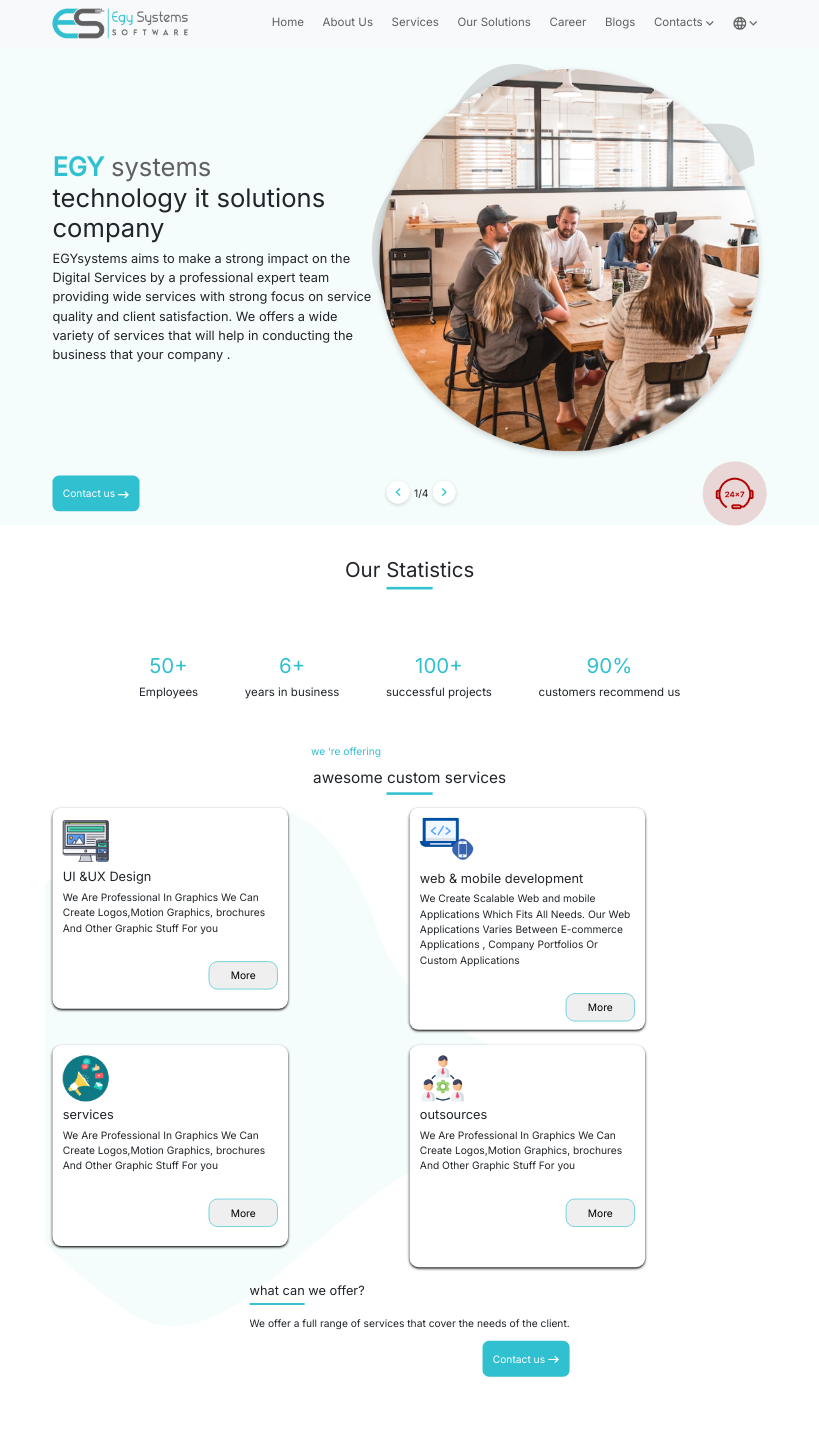
Repository: hamdyAbdelazeim/Egysystem-Home
Page: index.html
The author's editor kept a copy of each file at every save. The page is drawn from the files as they stood at one save, then again after the next save.
The browser window is 1280 px wide. The pictures show the whole page, at 64% of full size.

Above is the page before, as saved 2023-07-13 16:35:13.

### index.html
<!DOCTYPE html>
<html lang="en">
  <head>
    <meta charset="UTF-8" />
    <meta name="viewport" content="width=device-width, initial-scale=1.0" />
    <title>Egy Systems</title>
    <!-- google fonts  -->
    <link rel="preconnect" href="https://fonts.googleapis.com" />
    <link rel="preconnect" href="https://fonts.gstatic.com" crossorigin />
    <link
      href="https://fonts.googleapis.com/css2?family=Inter&display=swap"
      rel="stylesheet"
    />
    <!-- bootstrap -->
    <link rel="stylesheet" href="/css/bootstrap.min.css" />
    <!-- owl css files  -->
    <link rel="stylesheet" href="/css/owl.carousel.min.css" />
    <link rel="stylesheet" href="/css/owl.theme.default.min.css" />
    <!-- css file  -->
    <link rel="stylesheet" href="/css/style.css" />
    <!-- Responsive file  -->
    <link rel="stylesheet" href="/css/responsive.css" />
  </head>
  <body>
    <!-- starting  Navbar  -->
    <nav class="navbar-cust navbar navbar-expand-lg bg-light fixed-top">
      <div class="container">
        <a href="#" class="navbar-brand"
          ><img src="/assets/logo 1.png" class="logo-img" alt="logo "
        /></a>

        <button
          class="navbar-toggler"
          type="button"
          data-bs-toggle="collapse"
          data-bs-target="#navmenu"
          style="border: none; box-shadow: none"
        >
          <span class="navbar-toggler-icon"
            ><img
              width="45"
              style="padding: 0.5rem"
              src="https://upload.wikimedia.org/wikipedia/commons/thumb/b/b2/Hamburger_icon.svg/120px-Hamburger_icon.svg.png"
              alt=""
          /></span>
        </button>

        <div class="collapse navbar-collapse" id="navmenu">
          <ul class="navbar-nav cust-ul">
            <li class="nav-item">
              <a href="#Home" class="nav-link cust-link">Home</a>
            </li>
            <li class="nav-item">
              <a href="#About" class="nav-link cust-link">About Us</a>
            </li>
            <li class="nav-item">
              <a href="#Services" class="nav-link cust-link">Services</a>
            </li>
            <li class="nav-item">
              <a href="#Solutions" class="nav-link cust-link">Our Solutions </a>
            </li>
            <li class="nav-item">
              <a href="#Career" class="nav-link cust-link">Career</a>
            </li>
            <li class="nav-item">
              <a href="#Blogs" class="nav-link cust-link">Blogs</a>
            </li>
            <li class="nav-item">
              <a href="" class="nav-link cust-link"
                >Contacts <img src="/assets/Vector.png" alt="vector"
              /></a>
            </li>
            <li class="nav-item">
              <a href="" class="nav-link language-icon"
                ><img src="/assets/language.png" alt="language" />
                <img src="/assets/Vector.png" alt=""
              /></a>
            </li>
          </ul>
        </div>
      </div>
    </nav>
    <!-- Ending Navbar  -->
    <!-- Home section  -->
    <div class="Home" id="Home">
      <div class="owl-carousel">

      </div>
      <div
        class="container Home-up d-flex justify-content-center align-items-center"
      >
        <div class="Home-left">
          <h1>
            <strong class="Egy">EGY</strong>
            <span class="system">systems</span> <br />technology it solutions<br />
            company
          </h1>
          <p>
            EGYsystems aims to make a strong impact on the Digital Services by a
            professional expert team providing wide services with strong focus
            on service quality and client satisfaction. We offers a wide variety
            of services that will help in conducting the business that your
            company .
          </p>
        </div>
        <div class="Home-img">
          <img src="/assets/Ellipse 34.png" alt="" />
        </div>
      </div>
      <div class="container d-flex justify-content-between align-items-center">
        <button class="contactUs-btn">
          Contact us <img src="/assets/Vector (right).png" alt="" />
        </button>
        <div>
          <div class="d-flex align-items-center">
            <div>
              <img src="/assets/slider-left.png" alt="" />
            </div>
            <span>1/4</span>
            <div>
              <img src="/assets/slider-right.png" alt="" />
            </div>
          </div>
        </div>
        <img src="/assets//chat.png" alt="chat" />
      </div>
    </div>
    <!-- Ending Home  section  -->
    <!-- our statistics Section  -->
    <section class="our-statistics container w-100">
      <div class="statistics-up text-center">
        <h2>Our Statistics</h2>
        <p></p>
      </div>
      <div
        class="statistics-down d-flex align-items-center justify-content-between"
      >
        <div class="text-center">
          <h4>50+</h4>
          <p>Employees</p>
        </div>
        <div class="text-center">
          <h4>6+</h4>
          <p>years in business</p>
        </div>
        <div class="text-center">
          <h4>100+</h4>
          <p>successful projects</p>
        </div>
        <div class="text-center">
          <h4>90%</h4>
          <p>customers recommend us</p>
        </div>
      </div>
    </section>
    <!-- Ending our statistics  -->
    <!--  services   -->

    <!--  Ending services   -->
    <section class="services" id="services">
      <div class="service-up container">
        <p class="p-up">we ‘re offering</p>
        <h4 class="text-center">awesome custom services</h4>
        <p class="border-cust"></p>
      </div>
      <div class="service-down container d-flex align-items-center">
        <div class="service-down-left">
          <div class="service-item">
            <img src="/assets/service-item-1.png" alt="service-item-1" />
            <h5 class="mt-2">UI &UX Design</h5>
            <p>
              We Are Professional In Graphics We Can Create Logos,Motion
              Graphics, brochures And Other Graphic Stuff For you
            </p>
            <button>More</button>
          </div>
          <div class="service-item service-item-cust">
            <img src="/assets/service-item-2.png" alt="service-item-1" />
            <h5 class="mt-2">web & mobile development</h5>
            <p>
              We Create Scalable Web and mobile Applications Which Fits All
              Needs. Our Web Applications Varies Between E-commerce Applications
              , Company Portfolios Or Custom Applications
            </p>
            <button>More</button>
          </div>
          <div class="service-item">
            <img src="/assets/service-item-3.png" alt="service-item-1" />
            <h5 class="mt-2">services</h5>
            <p>
              We Are Professional In Graphics We Can Create Logos,Motion
              Graphics, brochures And Other Graphic Stuff For you
            </p>
            <button>More</button>
          </div>
          <div class="service-item service-item-cust">
            <img src="/assets/service-item-4.png" alt="service-item-1" />
            <h5 class="mt-2">outsources</h5>
            <p>
              We Are Professional In Graphics We Can Create Logos,Motion
              Graphics, brochures And Other Graphic Stuff For you
            </p>
            <button>More</button>
          </div>
        </div>
        <div class="service-down-right">
          <h5>what can we offer?</h5>
          <p class="border-p"></p>
          <p>
            We offer a full range of services that cover the needs of the
            client.
          </p>
          <button class="contactUs-btn float-end">
            Contact us <img src="/assets/Vector (right).png" alt="" />
          </button>
        </div>
      </div>
    </section>

    <!-- jquery cdn  -->
    <script
      src="https://cdnjs.cloudflare.com/ajax/libs/jquery/3.7.0/jquery.min.js"
      integrity="sha512-3gJwYpMe3QewGELv8k/BX9vcqhryRdzRMxVfq6ngyWXwo03GFEzjsUm8Q7RZcHPHksttq7/GFoxjCVUjkjvPdw=="
      crossorigin="anonymous"
      referrerpolicy="no-referrer"
    ></script>
    <!-- owl js file  -->
    <script src="/js/owl.carousel.min.js"></script>
    <!-- bootstrap js file  -->
    <script src="/js/bootstrap.bundle.min.js"></script>
    <script src="/js/project.js"></script>
  </body>
</html>

### css/style.css
/* setting my css roots  */

body {
  font-family: 'Inter', sans-serif;
}

:root {
  --primary: #30c0d0;
  --secondary: #606060;
  --third-party: #131313;
}

/* navbar  */
.cust-ul {
  width: 100%;
  justify-content: space-around;
  margin-left: 100px;
}

.cust-link {
  font-size: 18px;
  font-weight: 500;
  line-height: 22px;
  letter-spacing: 0em;
  text-align: left;
  color: var(--secondary);
  padding-bottom: 0.5rem;
}
.cust-link :hover {
  color: var(--primary) !important;
}
.nav-link:focus,
.nav-link:hover {
  color: var(--primary) !important;
  border-bottom: 2px solid var(--primary) !important;
  font-size: 20px;
}

.cust-link:active {
  color: var(--primary) !important;
  color: var(--primary) !important;
  border-bottom: 2px solid var(--primary) !important;
  font-size: 20px;
}

.language-icon {
  border-bottom: none !important;
  font-size: 12px !important;
}
/* Ending Navbar  */

/* Home Section  */
.Home {
  padding-top: 100px;
  background-color: #f4fcfc;
  /* background-image: url('/assets/Ellipse\ 36.png');
  background-repeat: no-repeat; */
}
.Home-img {
  width: 100%;
  background-image: url('/assets/Ellipse\ 36.png');
  background-repeat: no-repeat;
}
.Egy {
  color: var(--primary);
}
.system {
  color: var(--secondary);
}
.Home-left p {
  font-size: 20px;
}
.contactUs-btn {
  background-color: var(--primary);
  color: white;
  border: none;
  padding: 16px;
  border-radius: 10px;
  -webkit-border-radius: 10px;
  -moz-border-radius: 10px;
  -ms-border-radius: 10px;
  -o-border-radius: 10px;
}

/* Ending Home Section  */

/* our statistics Section  */

.our-statistics {
  width: 100%;
}
.statistics-up,
.statistics-down {
  padding-top: 50px;
  padding-bottom: 50px;
  width: 846px;
  margin: auto;
}
.statistics-up p {
  width: 72px;
  margin: auto;
  border-bottom: 4px solid var(--primary);
}
.statistics-down h4 {
  color: var(--primary);
  font-size: 32px;
}
.statistics-down p {
  font-size: 18px;
}

/* services */
.services {
  width: 100%;
}
.services .service-up {
  width: 332px;
  margin: auto;
  padding-bottom: 20px;
}
.services .service-up .p-up {
  text-align: start;
  font-size: 16px;
  color: var(--primary);
}

.services.service-up h4 {
  color: var(--third-party);
  font-size: 32px;
}
.services .service-up .border-cust {
  width: 72px;
  margin: auto;
  border-bottom: 4px solid var(--primary);
}

.service-down {
  background-image: url('/assets/Ellipse\ 53.png');
  background-repeat: no-repeat;
  margin-bottom: 100px;
}
.service-down .service-down-left {
  width: 65%;
  display: grid;
  grid-template-columns: auto auto;
}
.service-down .service-down-left .service-item {
  width: 368px;
  height: 314px;
  background-color: #ffffff;
  box-shadow: 0px 2px 4px 0px #000000;
  border-radius: 14px;
  -webkit-border-radius: 14px;
  -moz-border-radius: 14px;
  -ms-border-radius: 14px;
  -o-border-radius: 14px;
  padding: 1rem;
  margin-bottom: 1.5rem;
}
.service-down .service-down-left .service-item:hover {
  background-color: var(--primary);
  transition-duration: 0.3s;
  transition-timing-function: ease-in-out;
}
.service-down .service-down-left .service-item button {
  width: 108px;
  height: 44px;
  border: 1px solid var(--primary);
  padding: 0px, 16px, 0px, 16px;
  gap: 8px;
  border-radius: 14px;
  -webkit-border-radius: 14px;
  -moz-border-radius: 14px;
  -ms-border-radius: 14px;
  -o-border-radius: 14px;
  float: right;
  margin-top: 1.5rem;
}
.service-down .service-down-left .service-item button:hover {
  background-color: var(--secondary);
  border: 1px solid var(--third-party);
  transition-duration: 0.3s;
  transition-timing-function: ease-in-out;
  color: var(--primary);
}

.service-item-cust {
  height: 347px !important;
  margin-bottom: 1.5rem !important;
}

.border-p {
  width: 86px;
  border-bottom: 3px solid var(--primary);
}

### css/responsive.css
@media only screen and (max-width: 1400px) {
  .service-down {
    flex-direction: column;
  }
  .service-down-left {
    width: 100% !important;
  }
}
@media only screen and (max-width: 1025px) {
  .cust-link {
    font-size: 15px !important;
  }
}
@media only screen and (max-width: 1000px) {
  /* navbar */
  .cust-ul {
    margin-left: 0;
  }
  .cust-link {
    font-size: 18px;
  }
  /* HOME section  */
  .Home-up {
    flex-wrap: wrap;
  }

  .Home-up img {
    width: 90%;
  }
  /* Our Statistics */
  .statistics-up,
  .statistics-down {
    width: 100%;
  }
  /* services */
  .service-down-left {
    grid-template-columns: auto !important;
  }
  .service-item {
    width: 100% !important;
  }
}

@media only screen and (max-width: 600px) {
  /* Our Statistics */
  .statistics-down {
    flex-direction: column;
  }
}

@media only screen and (max-width: 280px) {
  .logo-img {
    width: 160px;
  }
  .services .service-up {
    width: 270px;
  }
  .service-item p {
    font-size: 12px;
  }
}

Loaded but not shown: css/bootstrap.min.css (library); css/owl.carousel.min.css (library); css/owl.theme.default.min.css (common file); js/owl.carousel.min.js (library); js/bootstrap.bundle.min.js (library); js/project.js (no stored copy; drawn as an empty file)

After the next save:
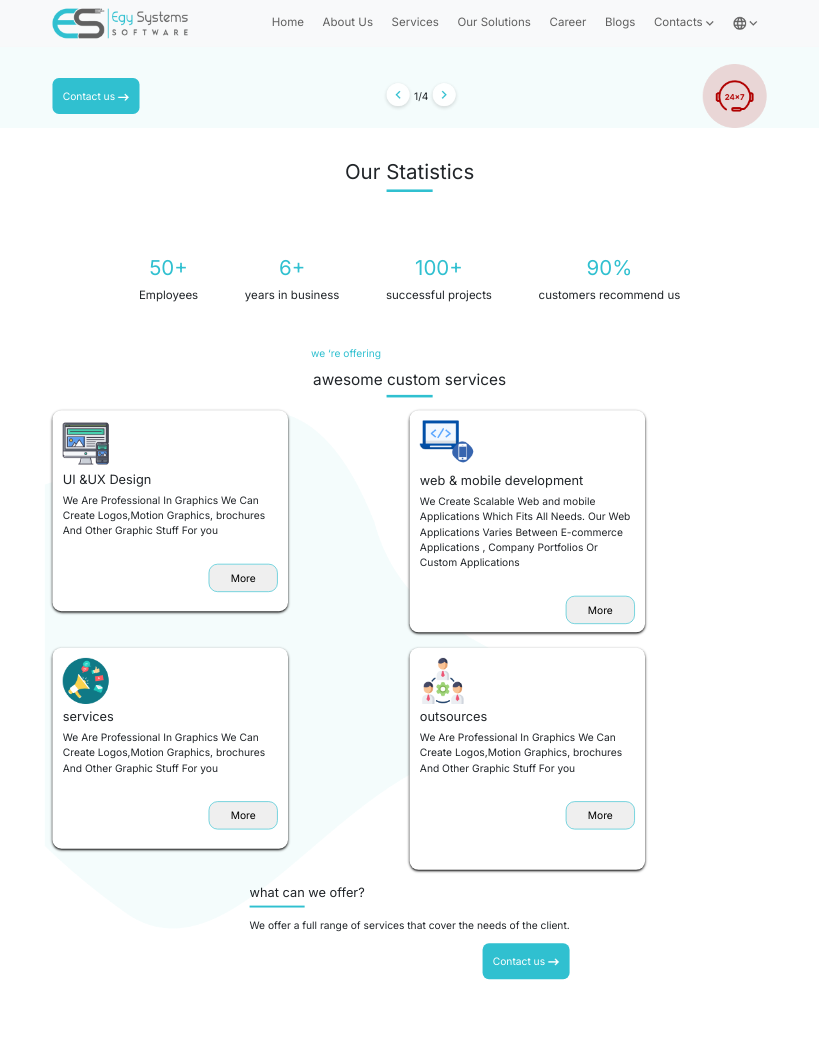
Saved 10 s later.
--- a/index.html
+++ b/index.html
@@ -83,30 +83,8 @@
     <!-- Ending Navbar  -->
     <!-- Home section  -->
     <div class="Home" id="Home">
-      <div class="owl-carousel">
-
-      </div>
-      <div
-        class="container Home-up d-flex justify-content-center align-items-center"
-      >
-        <div class="Home-left">
-          <h1>
-            <strong class="Egy">EGY</strong>
-            <span class="system">systems</span> <br />technology it solutions<br />
-            company
-          </h1>
-          <p>
-            EGYsystems aims to make a strong impact on the Digital Services by a
-            professional expert team providing wide services with strong focus
-            on service quality and client satisfaction. We offers a wide variety
-            of services that will help in conducting the business that your
-            company .
-          </p>
-        </div>
-        <div class="Home-img">
-          <img src="/assets/Ellipse 34.png" alt="" />
-        </div>
-      </div>
+      <div class="owl-carousel"></div>
+
       <div class="container d-flex justify-content-between align-items-center">
         <button class="contactUs-btn">
           Contact us <img src="/assets/Vector (right).png" alt="" />
